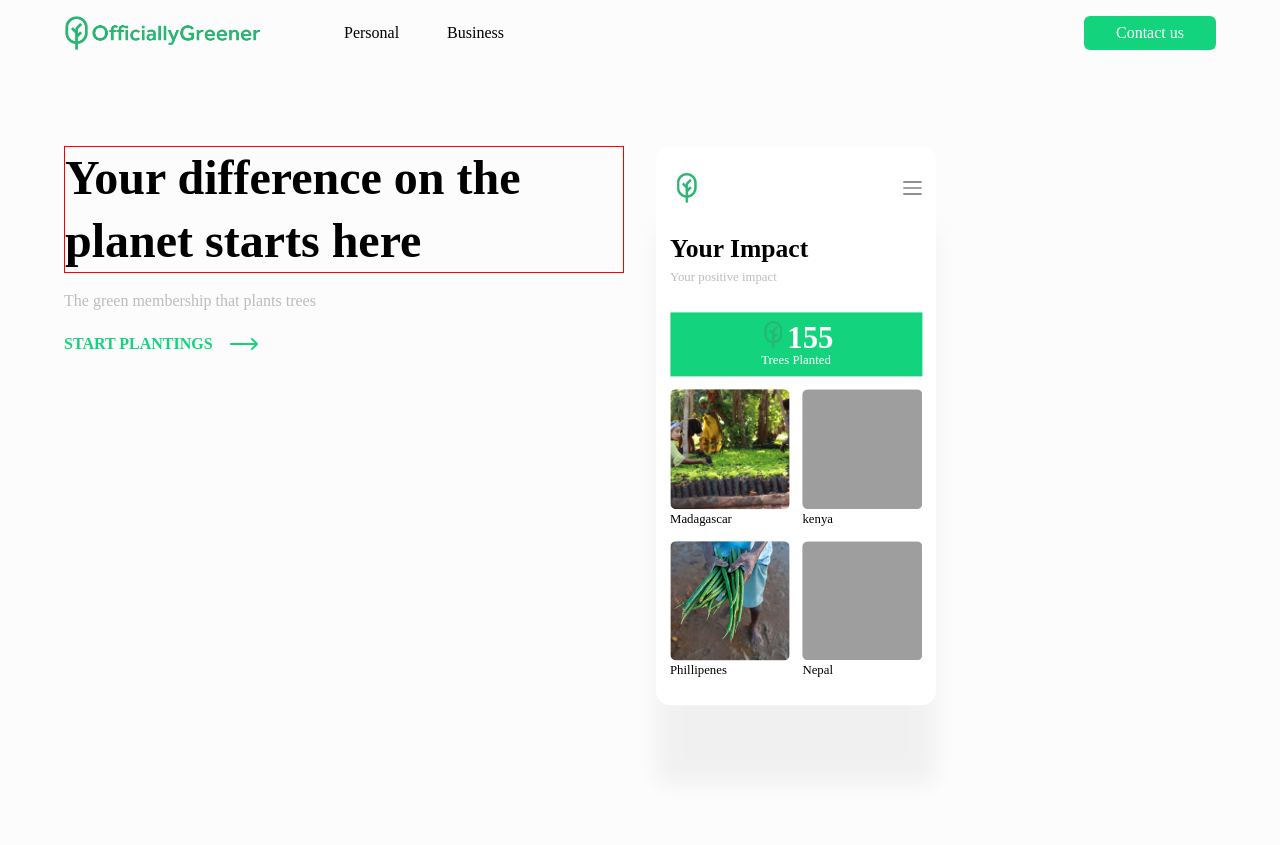
Repository: Sinkycode/Officially-Greener
Page: index.html
The author's editor kept a copy of each file at every save. The page is drawn from the files as they stood at one save, then again after the next save.
The browser window is 1280 px wide. The pictures show the whole page.
Pictures or frames that could not be fetched are drawn as grey boxes.

Above is the page before, as saved 2023-03-07 23:24:44.

### index.html
<!DOCTYPE html>
<html lang="en">
<head>
  <meta charset="UTF-8">
  <meta http-equiv="X-UA-Compatible" content="IE=edge">
  <meta name="viewport" content="width=device-width, initial-scale=1.0">
  <link rel="stylesheet" href="style.css">
  <title>Officially Greener</title>
</head>
<body>
  <div id="landing-page">
    <header>
      <img src="logo/Officially Greener Transparent background.png" alt="officially mobile logo" id="logo" width="200px">
      <ul class="nav-list">
        <li><a href="http://">Personal</a></li>
        <li><a href="http://">Business</a></li>
      </ul>
     <button class="btn">Contact us</button>
    </header>

    <div class="landing-page__container container">
      <div class="context">
        <h1 class="landing-page__big-txt">Your difference on the planet starts here</h1>
        <p class="landing-page__gray-para">The green membership that plants trees</p>
        <a href="#" class="direct-link">Start plantings<img src="images/icons8-right-arrow-60.png" alt=""></a>
      </div>

      <div class="mockup">
        <div class="phone">
         <div class="container">
          <div class="navigation">
            <img src="logo/officially logo mobile.png" alt="mockup logo" class="phone-logo">
            <img src="images/icons8-menu-rounded-50.png" alt="mockup bars" class="phone-bars">
          </div>
          <div class="wrapper">
            <h1 class="mockup-big-txt">Your Impact</h1>
            <p class="phone-gray-para">Your positive impact</p>
            <div class="tree-planted">
              <div class="rate">
                <img src="logo/officially logo mobile.png">
                <span>155</span>
              </div>
              <p>Trees Planted</p>
            </div>

            <div class="mockup-gallery">
              <div>
                <img src="images/Magagascar.jpg" alt="">
                <span>Madagascar</span>
              </div>
              <div>
                <img src="images/Kenya.jpg" alt="">
                <span>kenya</span>
              </div>
              <div>
                <img src="images/Phillipenes.jpg" alt="">
                <span>Phillipenes</span>
              </div>
              <div>
                <img src="images/Nepal.jpg" alt="">
                <span>Nepal</span>
              </div>

            </div>
          </div>
         </div>
        </div>
      </div>
    </div>
  </div>
</body>
</html>

### style.css
:root {
  --accent: rgb(19, 212, 125);
}

*, *::after, *::before {
  box-sizing: border-box;
  margin: 0;
  padding: 0;
}

html, body {
  font-family: 'effra';
  scroll-behavior: smooth;
  overflow-x: hidden;
}

body {
  line-height: 1.5;
  font-size: 16px;
  background-color:hsl(0, 0%, 99%);
}

/* CUSTOMIZATION */
img {
  max-width: 100%;
  display: block;
}

button, input {
  outline: none;
  border: none;
  /* background: transparent; */
  font-family: inherit;
  font-size: inherit;
  color: inherit;
}

ul, p {
  margin: 0;
  list-style: none;

}

a {
  text-decoration: none;
  color: inherit;
}

h1,h2,h3 {
  margin: 0;
}

.container {
  max-width: 90%;
  margin: 0 auto;
}

header {
  display: flex;
  align-items: center;
  gap: 5rem;
  padding-block: 1rem;
  max-width: 90%;
  margin: 0 auto;
  /* border: 1px solid red; */
}

.nav-list {
  display: flex;
  gap: 3rem;
}

header > *:last-child {
  margin-left: auto;
}

.btn {
  background-color: var(--accent);
  color: white;
  padding: .5rem 2rem;
  border-radius: 6px;
}

@media (min-width: 1200px) {
  .landing-page__container {
    /* border: 1px solid red; */
    padding-top: 5rem;
    display: grid;
    grid-template-columns: 1fr 1fr;
    gap: 2rem;
  }
}

.landing-page__big-txt {
  font-size: clamp(2rem, 1rem + 10vw, 3rem);
  line-height: 1.3;
  margin-bottom: 1rem;
  border: 1px solid red;
}

.phone-gray-para,
.landing-page__gray-para {
  color: rgb(189, 189, 189);
  margin-bottom: 1rem;
}

.direct-link {
  text-transform: uppercase;
  font-weight: bold;
  color: var(--accent);
  display: flex;
  align-items: center;
  gap: 1rem;
}

.direct-link img {
  width: 30px;
}

/* Mockup */

.mockup {
  transform: scale(.8);
  transform-origin: 0% -0%;
  /* border: 1px solid red; */
}

.phone {
  background-color: white;
  max-width: 350px;
  border-radius: 18px;
  padding-block: 2rem;
  box-shadow: 0px 100px 28px rgba(0, 0, 0, 0.047);
}

.mockup .navigation {
  display: flex;
  align-items: center;
  justify-content: space-between;
  margin-bottom: 2rem;
}

.phone-logo {
  max-width: 40px;
}
.phone-bars {
  max-width: 25px;
}

.mockup-big-txt {
  font-size: 2rem;
  font-weight: bold;
}

.phone-gray-para {
  margin-bottom: 2rem;
}

.tree-planted {
  display: block;
  min-height: 80px;
  padding-block: .5rem;
  background-color: var(--accent);
  color: white;
  display: flex;
  flex-direction: column;
  align-items: center;
  justify-content: center;
  margin-bottom: 1rem;
  line-height: initial !important;
}

.tree-planted .rate {
  display: flex;
  align-items: center;
  transform: scale(1.2);
}

.tree-planted .rate img {
  max-width: 30px;
  align-self: flex-start;
}

.tree-planted .rate span {
  align-self: flex-end;
  font-size: 2rem;
  font-weight: bold;
}
.mockup-gallery {
  display: grid;
  grid-template-columns: repeat(2, 1fr);
  gap: 1rem;
}

.mockup-gallery img {
  width: 100%;
  aspect-ratio: 1 / 1;
  object-fit: cover;
  border-radius: 7px;
}

After the next save:
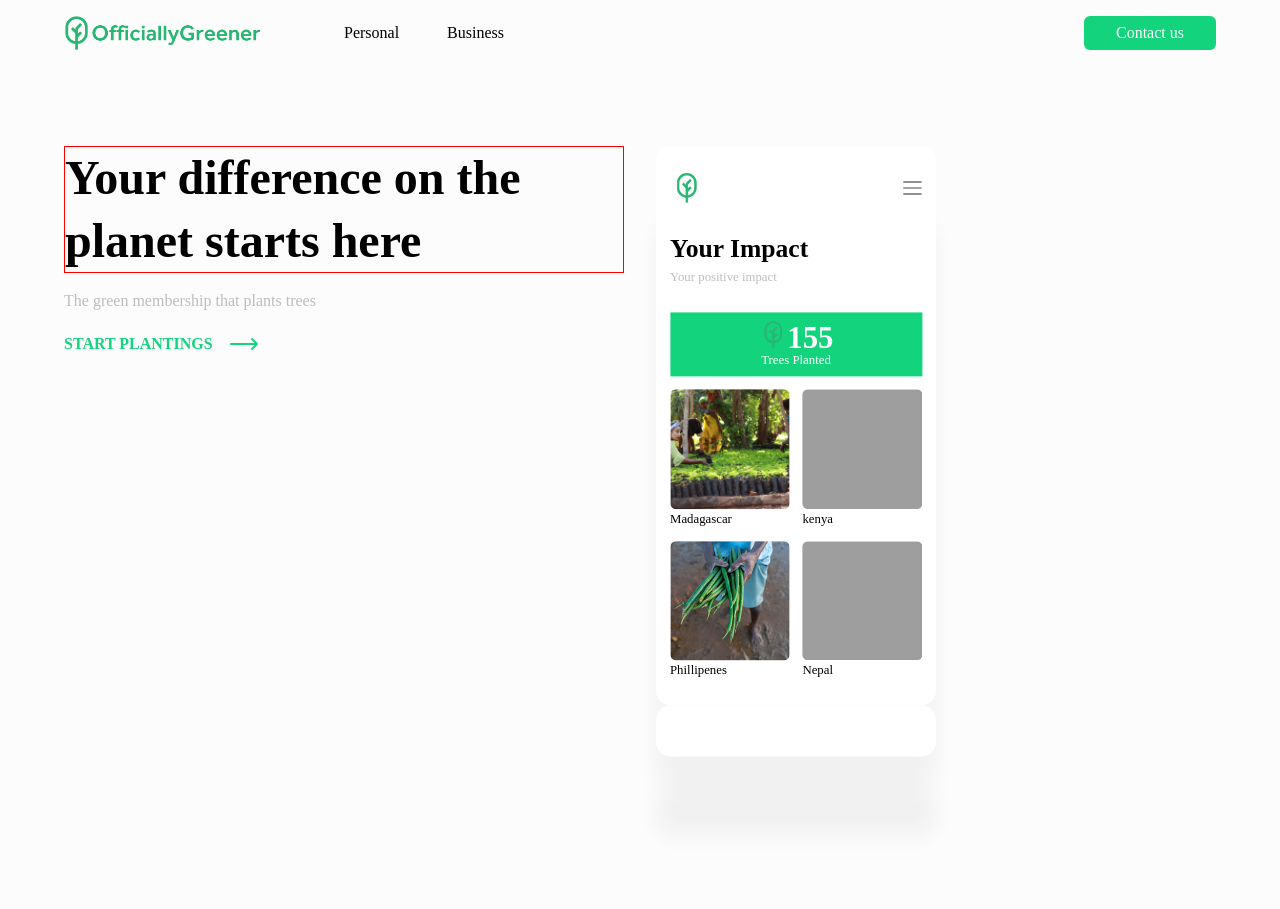
Saved 50 s later.
--- a/index.html
+++ b/index.html
@@ -65,6 +65,8 @@
           </div>
          </div>
         </div>
+
+        <div class="phone phone2"></div>
       </div>
     </div>
   </div>
